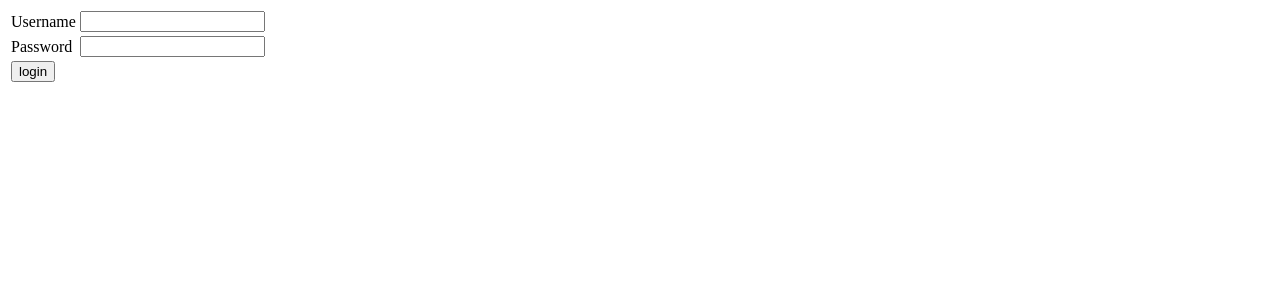
Repository: savithahb/springboot-apps
Page: WebOld2/WebContent/index.html
The author's editor kept a copy of each file at every save. The page is drawn from the files as they stood at one save, then again after the next save.
The browser window is 1280 px wide. The pictures show the whole page.

Above is the page before, as saved 2020-02-13 05:55:29.

### WebOld2/WebContent/index.html
<!DOCTYPE html>
<html>
<head>
<meta charset="ISO-8859-1">
<title>Insert title here</title>
</head>
<body>
	<form>
		<Table>
			<tr>
				<td>Username</td>
				<td><input type="text" name="user"></td>
			</tr>

			<tr>
				<td>Password</td>
				<td><input type="password" name="pass"></td>
			</tr>

			<tr>
				<td colspan=2><input type="submit" value="login"></td>
			</tr>
		</Table>
	</form>
</body>
</html>

After the next save:
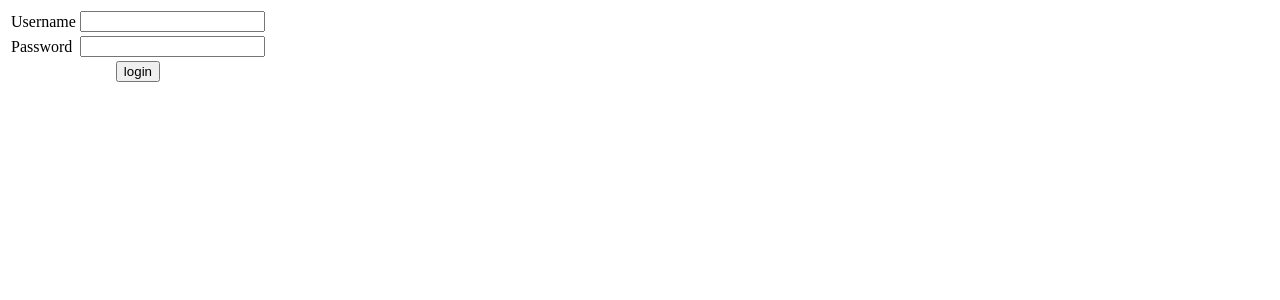
Saved 35 s later.
--- a/WebOld2/WebContent/index.html
+++ b/WebOld2/WebContent/index.html
@@ -18,7 +18,7 @@
 			</tr>
 
 			<tr>
-				<td colspan=2><input type="submit" value="login"></td>
+				<td colspan=2 align="center"><input type="submit" value="login"></td>
 			</tr>
 		</Table>
 	</form>
